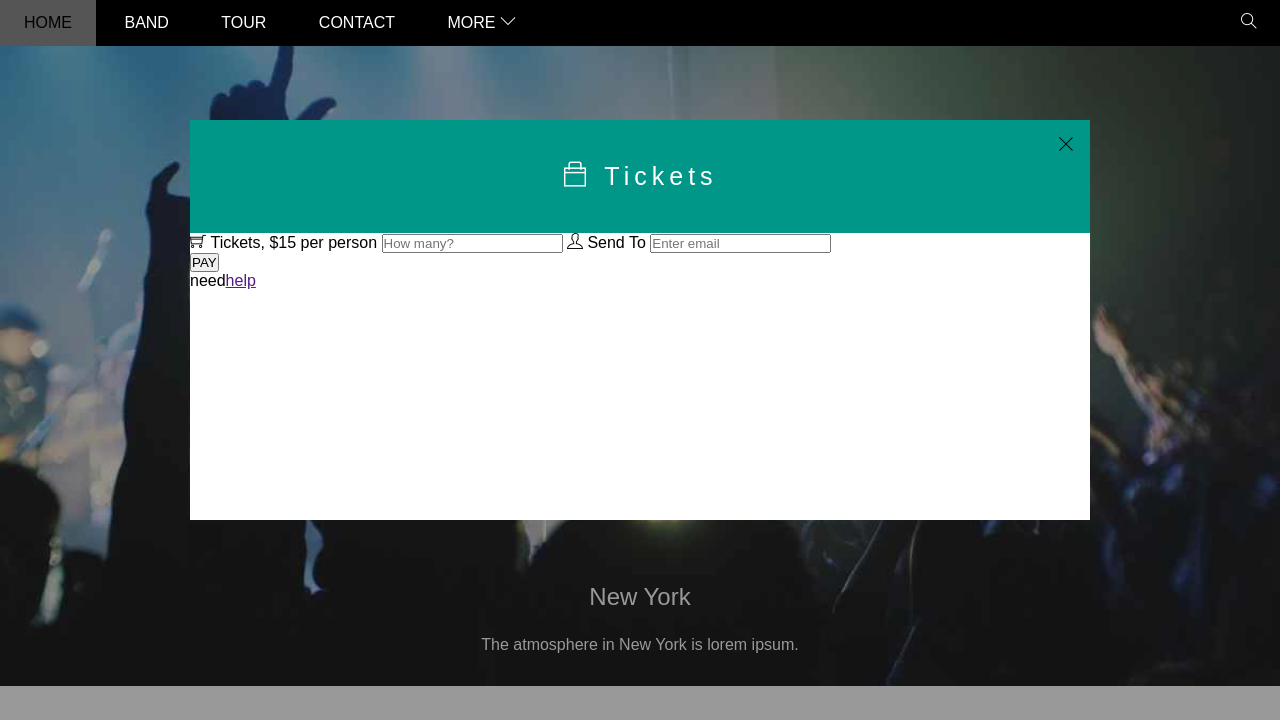
Repository: tung1233hhhhhhhhhhhhh/Website
Page: w3_band/index.html
The author's editor kept a copy of each file at every save. The page is drawn from the files as they stood at one save, then again after the next save.
The browser window is 1280 px wide. The pictures show the window.
A layer covers the whole window, so only the first screen is drawn.

Above is the page before, as saved 2023-02-18 21:33:53.

After the next save:
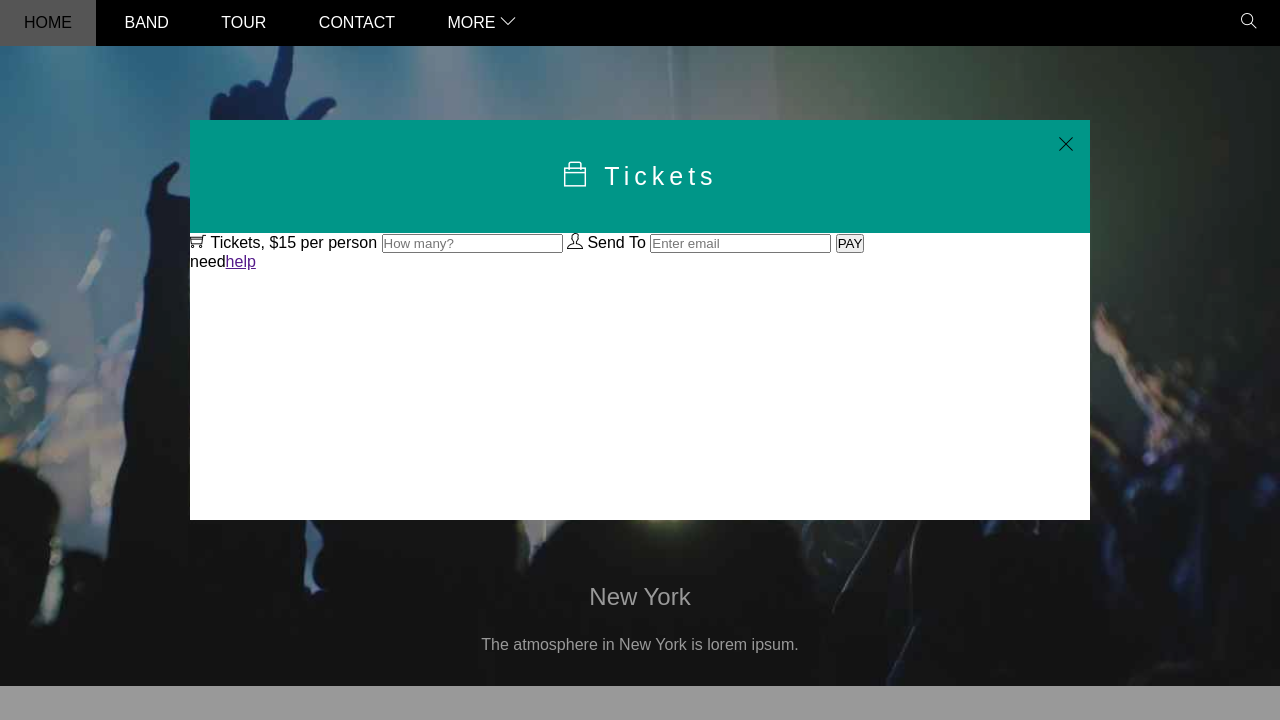
Saved 55 s later.
--- a/w3_band/index.html
+++ b/w3_band/index.html
@@ -218,9 +218,9 @@
                     Send To
                 </label>
                 <input type="text" class="input-lable" placeholder="Enter email">
-            </div>
-            <button class="modal-button">PAY</button>
-            <p>need<a href="">help</a></p>
+                <button class="modal-button">PAY</button>
+                <p>need<a href="">help</a></p>
+            </div>
 
         </div>
     </div>
